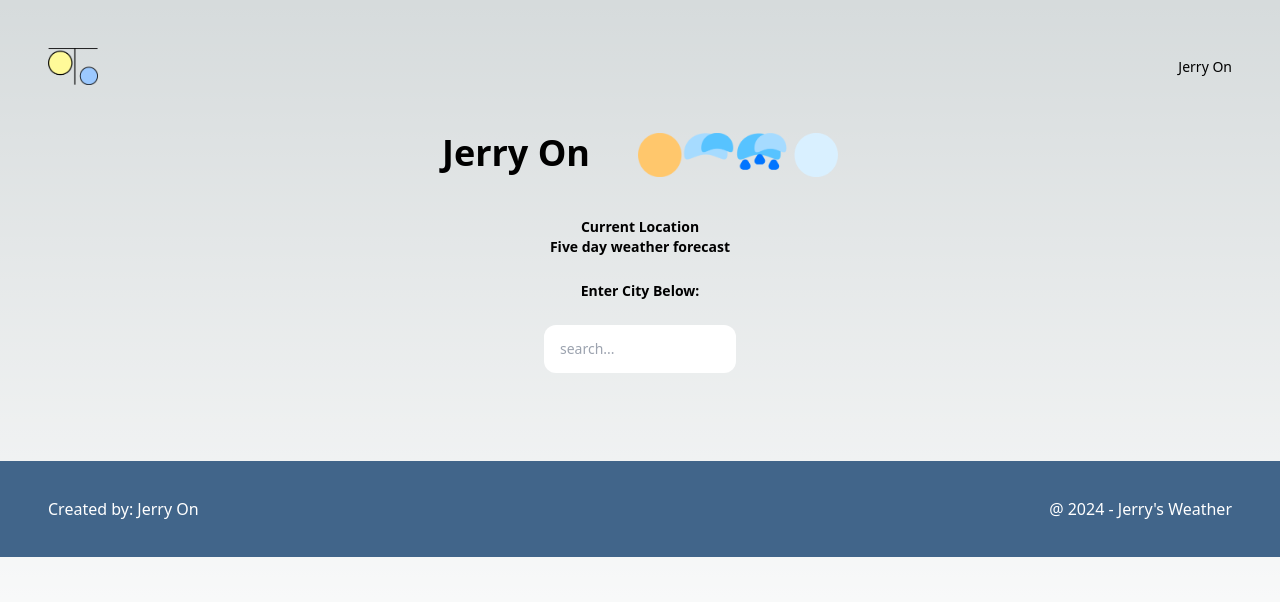
Repository: JerryWuOn/weatherAppMid
Page: /
An editor plug-in stored every save of this project. The page is shown before and after the next save, followed by the edit.
The browser window is 1280 px wide. The pictures show the whole page.
The project was rebuilt for these pictures with package versions that can differ from the ones it lists, and the page was loaded fresh each time. The framework's server and built-in components were replaced by stand-ins that run in the browser. Also part of the build but not shown: next.config.mjs.

Above is the page before, as saved 2024-02-12 20:02:45.

After the next save:
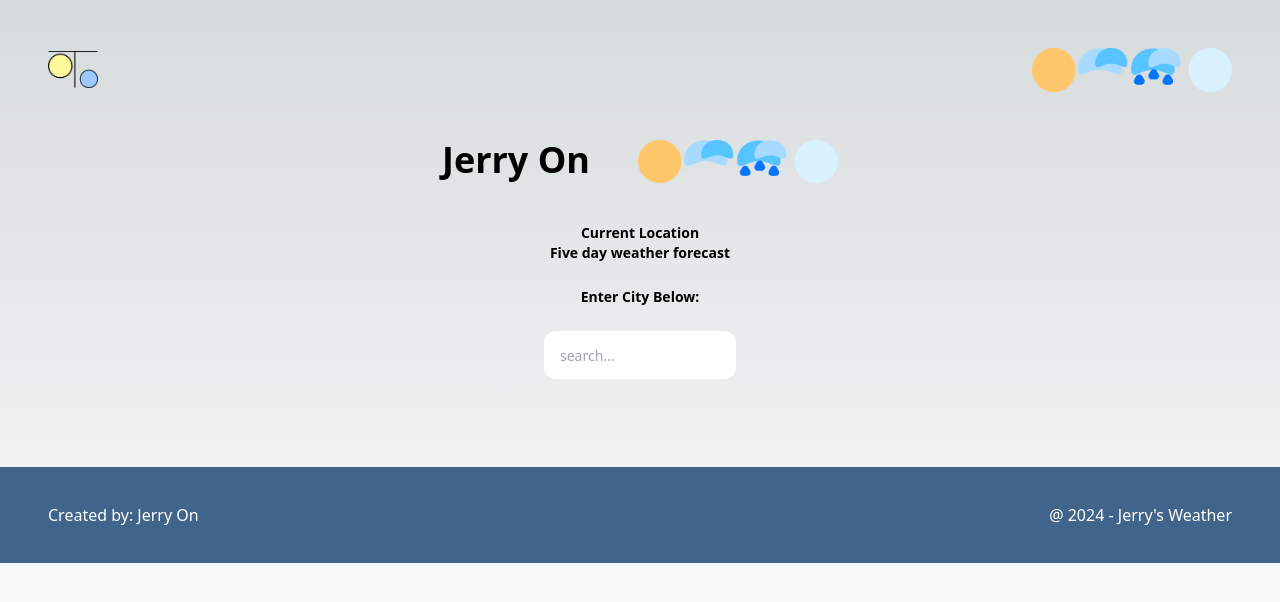
Saved 50 s later.
--- a/src/components/Header/index.tsx
+++ b/src/components/Header/index.tsx
@@ -1,5 +1,7 @@
 import { useState } from "react"
 import Image from "next/image"
+import Clouds from "../../../public/images/clouds.png"
+
 
 import Logo from "../../../public/images/jerryWeather.png"
 
@@ -12,7 +14,7 @@ export default function Header(){
                     <Image src={Logo} alt="logo" width={50} height={50}/>
                 </div>
                 <div className="flex justify-between">
-                    <h1>Jerry On</h1>
+                    <Image src={Clouds} alt="clouds" width={200}/>
                 </div>
             </div>
         </div>
